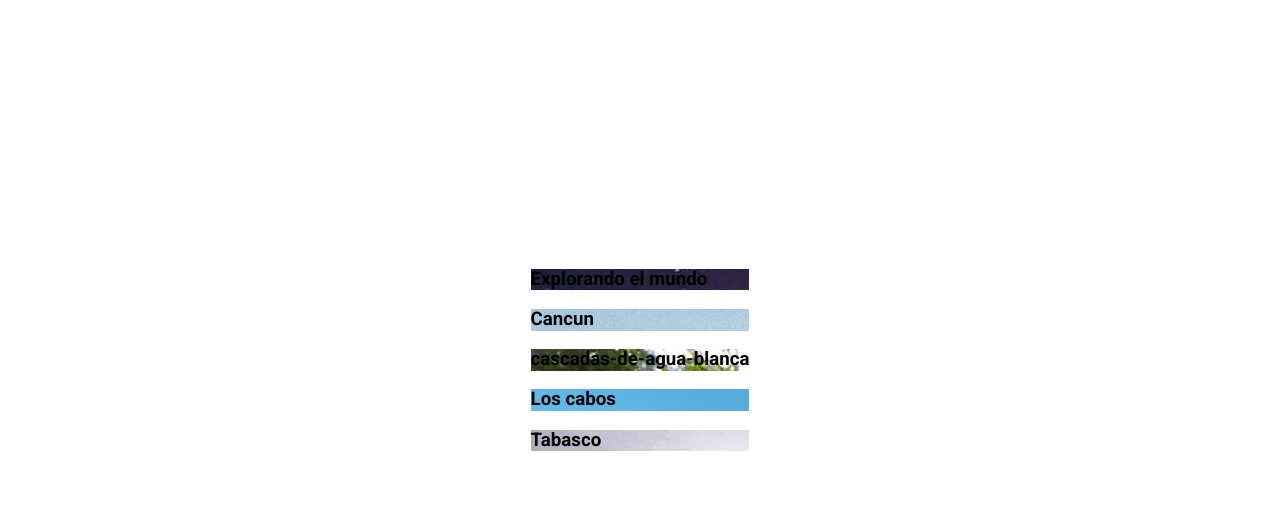
Repository: ElideZavala/Tarjetas-de-Imagenes
Page: index.html
An editor plug-in stored every save of this project. The page is shown before and after the next save, followed by the edit.
The browser window is 1280 px wide. The pictures show the whole page.

Above is the page before, as saved 2021-05-27 08:59:48.
Not found: script.js

After the next save:
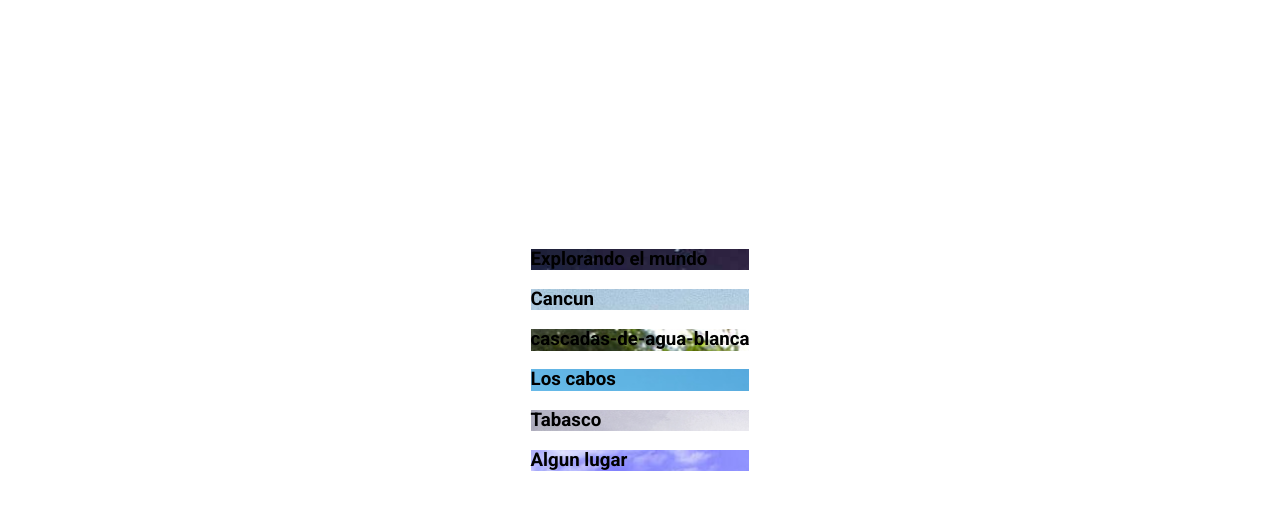
Saved 33 s later.
--- a/index.html
+++ b/index.html
@@ -26,6 +26,9 @@
 		<div class="panel" style="background-image: url(./assets/imagenes/TabascoHome3_960x651.jpg);">
 			<h3>Tabasco</h3>
 		</div>
+		<div class="panel" style="background-image: url(./assets/imagenes/750b9860b1989270fb537fbceb1adcf2.jpg);">
+			<h3>Algun lugar</h3>
+		</div>
 
 	</div>
 
